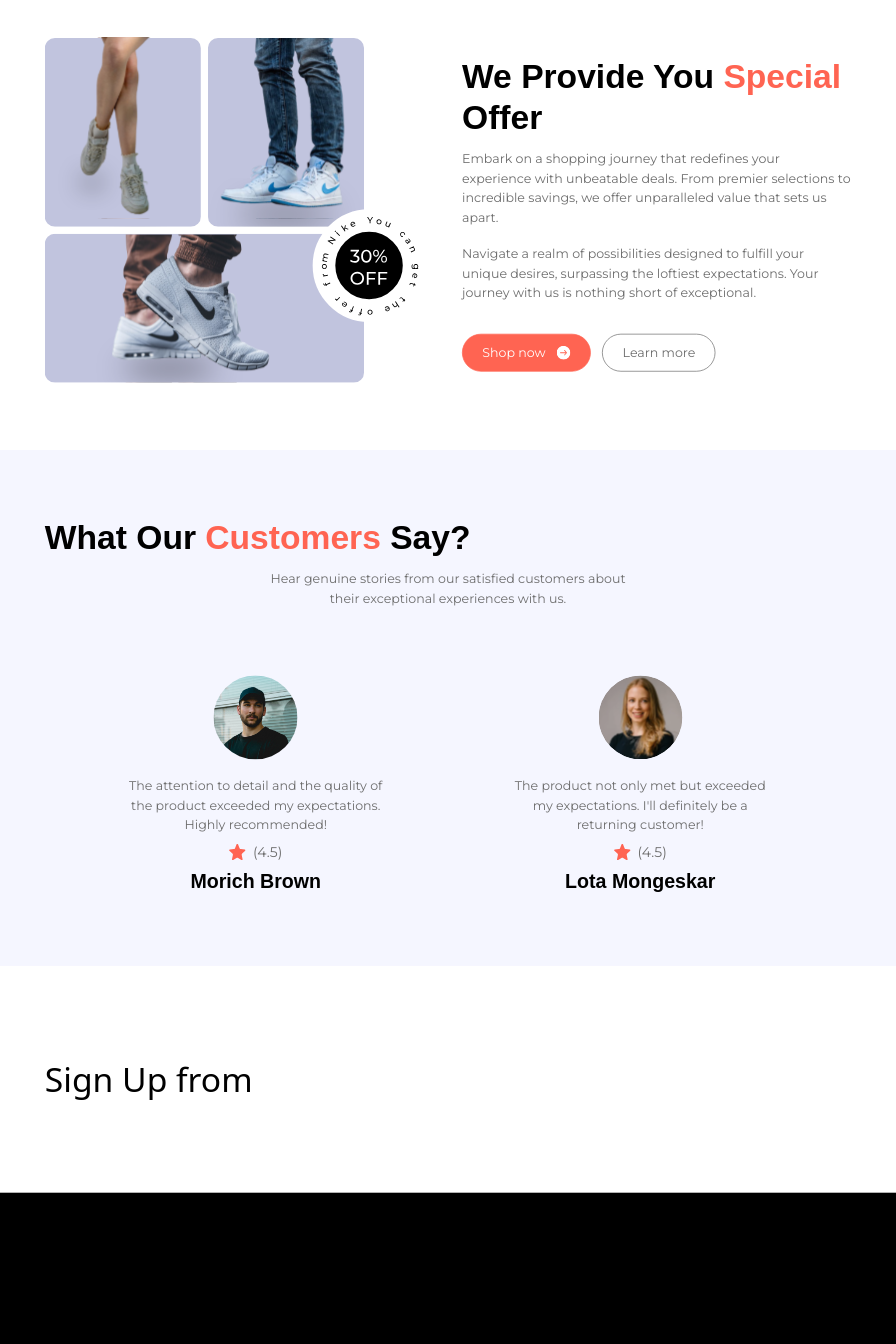
Repository: YiWang24/Nike
Page: /
The author's editor kept a copy of each file at every save. The page is drawn from the files as they stood at one save, then again after a run of saves.
The browser window is 1280 px wide. The pictures show the part of the page from y = 2807 to 4727 px (the page is 4727 px tall), at 70% of full size.
Some web fonts or font styles are not loaded; a fallback is used. The project was rebuilt for these pictures with package versions that can differ from the ones it lists, and the page was loaded fresh each time. Also part of the build but not shown: vite.config.js.

Above is the page before, as saved 2024-10-27 23:56:23.

### src/App.jsx
import {
  Footer,
  CustomerReviews,
  Hero,
  PopularProducts,
  Services,
  SpecialOffer,
  Subscribe,
  SuperQuality,
} from "./sections/index";
import Nav from "./components/Nav";
const App = () => (
  <main className="relative">
    <Nav />
    <section className="xl:padding-l wide:padding-r padding-b">
      <Hero />
    </section>
    <section className="padding">
      <PopularProducts />
    </section>
    <section className="padding">
      <SuperQuality />
    </section>
    <section className="padding-x py-10">
      <Services />
    </section>
    <section className="padding">
      <SpecialOffer />
    </section>
    <section className="padding bg-pale-blue">
      <CustomerReviews />
    </section>
    <section className="padding-x sm:py-32 py-16 w-full">
      <Subscribe />
    </section>
    <section className="padding bg-black padding-x padding-t pb-8">
      <Footer />
    </section>
  </main>
);
export default App;

### src/sections/index.js
import Hero from "./Hero";
import CustomerReviews from "./CustomerReviews";
import Footer from "./Footer";
import PopularProducts from "./PopularProducts";
import SuperQuality from "./SuperQuality";
import Services from "./Services";
import Subscribe from "./Subscribe";
import SpecialOffer from "./SpecialOffer";
// export all sections
export {
  Hero,
  CustomerReviews,
  Footer,
  PopularProducts,
  SuperQuality,
  Services,
  SpecialOffer,
  Subscribe,
};

### src/components/Nav.jsx
import React from "react";
import { headerLogo } from "../assets/images";
import { hamburger } from "../assets/icons";
import { navLinks } from "../constants";
const Nav = () => {
  return (
    <header className="padding-x py-8 absolute z-10 w-full">
      <nav className="flex justify-between items-center max-container">
        <a href="/">
          <img src={headerLogo} alt="logo" width={130} height={29} />
        </a>
        <ul className="flex-1 flex justify-center items-center gap-16 max-lg:hidden">
          {navLinks.map((item) => (
            <li key={item.label}>
              <a
                href={item.href}
                className="font-montserrat leading-normal text-lg text-slate-gray"
              >
                {item.label}
              </a>
            </li>
          ))}
        </ul>
        <div className="hidden max-lg:block">
          <img src={hamburger} alt="hamburger" width={25} height={25} />
        </div>
      </nav>
    </header>
  );
};

export default Nav;

### src/sections/Hero.jsx
import React, { useState } from "react";
import Button from "../components/Button";
import { arrowRight } from "../assets/icons/index";
import { statistics, shoes } from "../constants";
import { bigShoe1 } from "../assets/images";
import ShoeCard from "../components/ShoeCard";
const Hero = () => {
  const [bigShoeImg,setBigShoeImg] = useState(bigShoe1)
  return (
    <section
      id="home"
      className="w-full flex xl:flex-row flex-col justify-center min-h-screen gap-10 max-container "
    >
      <div className="relative xl:w-2/5 flex flex-col justify-center items-start w-full max-xl:padding-x pt-28">
        <p className="text-lg font-montserrat text-coral-red">
          Our Summer Collection
        </p>
        <h1 className="mt-10 font-palanquin text-8xl max-sm:text-[72px] max-sm:leading-[82px] font-bold">
          <span className="xl:bg-white xl:whitespace-nowrap relative z-10 pr-10">
            The New Arrivals
          </span>
          <br />
          <span className="text-coral-red inline-block mt-3">Nike</span> Shoes
        </h1>
        <p className="font-montserrat text-slate-gray text-lg leading-8 mt-8 mb-14 sm:max-w-sm ">
          Discover stylish Nick arrivals, quality comfort, and innovation for
          your active life.
        </p>
        <Button label="Shop now" iconURL={arrowRight} />
        <div
          className="flex justify-start items-start flex-wrap w-full mt-20
        gap-16"
        >
          {statistics.map((stat) => (
            <div key={stat.label}>
              <p className="text-4xl font-palanquin font-bold">{stat.value}</p>
              <p className="leading-7 font-montserrat text-slate-gray">
                {stat.label}
              </p>
            </div>
          ))}
        </div>
      </div>
      <div className="relative flex-1 flex justify-center items-center xl:min-h-screen max-xl:py-40 bg-primary bg-hero  bg-cover bg-center">
        <img
          src={bigShoeImg}
          alt="shoe collection"
          width={610}
          height={500}
          className="object-contain relative z-10"
        />
        <div className="flex sm:gap-6 gap-4 absolute -bottom-[5%] sm:left-[10%] max-sm:px-6">
          {shoes.map((shoe, index) => (
            <div key={index}>
              <ShoeCard
                imgURL={shoe}
                changeBigShoeImage={(shoe) => setBigShoeImg(shoe)}
                bigShoeImg={bigShoeImg}
              />
            </div>
          ))}
        </div>
      </div>
    </section>
  );
};

export default Hero;

### src/sections/CustomerReviews.jsx
import React from "react";
import { reviews } from "../constants";
import ReviewCard
 from "../components/ReviewCard";
const CustomerReviews = () => {
  return (
    <section className="max-container">
      <h3 className="font-palanquin tet-center text-4xl font-bold">
        What Our <span className="text-coral-red">Customers</span> Say?
      </h3>
      <p className="info-text m-auto mt-4 max-w-lg text-center ">
        Hear genuine stories from our satisfied customers about their
        exceptional experiences with us.
      </p>
      <div className="mt-24 flex flex-1 justify-evenly items-center max-lg:flex-col gap-14">
        {reviews.map((review) => (
          <ReviewCard
            key={review.customerName}
            imgURL={review.imgURL}
            customerName={review.customerName}
            rating={review.rating}
            feedback={review.feedback}
          />
        ))}
      </div>
    </section>
  );
};

export default CustomerReviews;

### src/sections/PopularProducts.jsx
import React from "react";
import { products } from "../constants";
import PopularProductCard from "../components/PopularProductCard";
const PopularProducts = () => {
  return (
    <section id="products" className="max-container max-sm:mt-12">
      <div className="flex flex-col justify-start gap-5">
        <h2 className="text-4xl font-palanquin font-bold ">
          Our <span className="text-coral-red">Popular</span> Products
        </h2>
        <p className="lg:max-w-lg mt-2 font-montserrat text-slate-gray">
          Experience top-notch quality and style with our sought-after
          selections. Discover a world of comfort, design, and value
        </p>
      </div>
      <div
        className="mt-16 grid lg:grid-cols-4 md:grid-cols-3 sm:grid-cols-2 grid-cols-1
      sm:gap-4 gap-14"
      >
        {products.map((product) => (
          <PopularProductCard key={product.name} {...product} />
        ))}
      </div>
    </section>
  );
};

export default PopularProducts;

### src/sections/SuperQuality.jsx
import React from "react";
import Button from "../components/Button";
import { shoe8 } from "../assets/images";
const SuperQuality = () => {
  return (
    <section
      id="about-us"
      className="flex justify-between items-center max-lg:flex-col
  gap-10 w-full max-container "
    >
      <div className="flex flex-1 flex-col">
        <h2 className="font-palanquin text-4xl capitalize font-bold">
          We Provide You{" "}
          <span className="text-coral-red inline-block mt-3">Super</span>{" "}
          <span className="text-coral-red inline-block mt-3">Quality</span>{" "}
          Shoes
        </h2>
        <p className="mt-4 lg:max-w-lg info-text ">
          Ensuring premium comfort and style, our meticulously crafted footwear
          is designed to elevate your experience, providing you with unmatched
          quality, innovation, and a touch of elegance.
        </p>
        <p className="mt-6 lg:max-w-lg info-text">
          Our dedication to detail and excellence ensures your satisfaction
        </p>
        <div className="mt-11">
          <Button label="View details" />
        </div>
      </div>

      <div className="flex-1 flex justify-center items-center">
        <img src={shoe8} alt="shoe" width={570} height={522} className="object-contain"/>
      </div>
    </section>
  );
};

export default SuperQuality;

### src/sections/Services.jsx
import React from "react";
import { services } from "../constants";
import ServiceCard from "../components/ServiceCard";
const Services = () => {
  return (
    <section className="max-container flex justify-center flex-wrap gap-9">
      {services.map((service) => (
        <ServiceCard key={service.label} {...service} />
      ))}
    </section>
  );
};

export default Services;

### src/sections/Subscribe.jsx
import React from 'react'

const Subscribe = () => {
  return (
    <section className='max-container flex justify-between items-center max-lg:flex-col gap-10' id="contact-us">
      <h3 className="text-4xl leading-[68px] lg:max-w-md ">Sign Up from</h3>
      <span></span>
    </section>
  )
}

export default Subscribe

### src/sections/SpecialOffer.jsx
import React from "react";
import Button from "../components/Button";
import { offer } from "../assets/images";
import { arrowRight } from "../assets/icons";
const SpecialOffer = () => {
  return (
    <section className="flex justify-wrap items-center max-xl:flex-col-reverse gap-10 max-container ">
      <div className="flex-1 ">
        <img
          src={offer}
          width={773}
          height={687}
          className="object-contain w-full"
        />
      </div>
      <div className="flex flex-1 flex-col">
        <h2 className="font-palanquin text-4xl capitalize font-bold">
          We Provide You{" "}
          <span className="text-coral-red inline-block mt-3">Special</span>{" "}
          Offer
        </h2>
        <p className="mt-4 info-text">
          Embark on a shopping journey that redefines your experience with
          unbeatable deals. From premier selections to incredible savings, we
          offer unparalleled value that sets us apart.
        </p>
        <p className="mt-6 info-text">
          Navigate a realm of possibilities designed to fulfill your unique
          desires, surpassing the loftiest expectations. Your journey with us is
          nothing short of exceptional.
        </p>
        <div className="mt-11 flex flex-wrap gap-4">
          <Button label="Shop now" iconURL={arrowRight} />
          <Button
            label="Learn more"
            backgroundColor="bg-white"
            borderColor="border-slate-gray"
            textColor="text-slate-gray"
          />
        </div>
      </div>
    </section>
  );
};

export default SpecialOffer;

### src/assets/images/index.js
import bigShoe1 from './big-shoe1.png'
import bigShoe2 from './big-shoe2.png'
import bigShoe3 from './big-shoe3.png'

import customer1 from './customer1.jpeg'
import customer2 from './customer2.svg'

import footerLogo from './footer-logo.svg'
import headerLogo from './header-logo.svg'

import offer from './offer.svg'

import shoe4 from './shoe4.svg'
import shoe5 from './shoe5.svg'
import shoe6 from './shoe6.svg'
import shoe7 from './shoe7.svg'
import shoe8 from './shoe8.svg'

import thumbnailBackground from './thumbnail-background.svg'
import thumbnailShoe1 from './thumbnail-shoe1.svg'
import thumbnailShoe2 from './thumbnail-shoe2.svg'
import thumbnailShoe3 from './thumbnail-shoe3.svg'

export {
    bigShoe1,
    bigShoe2,
    bigShoe3,

    customer1,
    customer2,

    footerLogo,
    headerLogo,

    offer,
    shoe4,
    shoe5,
    shoe6,
    shoe7,
    shoe8,

    thumbnailBackground,
    thumbnailShoe1,
    thumbnailShoe2,
    thumbnailShoe3
}

### src/constants/index.js
import { facebook, instagram, shieldTick, support, truckFast, twitter } from "../assets/icons";
import { bigShoe1, bigShoe2, bigShoe3, customer1, customer2, shoe4, shoe5, shoe6, shoe7, thumbnailShoe1, thumbnailShoe2, thumbnailShoe3 } from "../assets/images";

export const navLinks = [
    { href: "#home", label: "Home" },
    { href: "#about-us", label: "About Us" },
    { href: "#products", label: "Products" },
    { href: "#contact-us", label: "Contact Us" },
];

export const shoes = [
    {
        thumbnail: thumbnailShoe1,
        bigShoe: bigShoe1,
    },
    {
        thumbnail: thumbnailShoe2,
        bigShoe: bigShoe2,
    },
    {
        thumbnail: thumbnailShoe3,
        bigShoe: bigShoe3,
    },
];

export const statistics = [
    { value: '1k+', label: 'Brands' },
    { value: '500+', label: 'Shops' },
    { value: '250k+', label: 'Customers' },
];

export const products = [
    {
        imgURL: shoe4,
        name: "Nike Air Jordan-01",
        price: "$200.20",
    },
    {
        imgURL: shoe5,
        name: "Nike Air Jordan-10",
        price: "$210.20",
    },
    {
        imgURL: shoe6,
        name: "Nike Air Jordan-100",
        price: "$220.20",
    },
    {
        imgURL: shoe7,
        name: "Nike Air Jordan-001",
        price: "$230.20",
    },
];

export const services = [
    {
        imgURL: truckFast,
        label: "Free shipping",
        subtext: "Enjoy seamless shopping with our complimentary shipping service."
    },
    {
        imgURL: shieldTick,
        label: "Secure Payment",
        subtext: "Experience worry-free transactions with our secure payment options."
    },
    {
        imgURL: support,
        label: "Love to help you",
        subtext: "Our dedicated team is here to assist you every step of the way."
    },
];

export const reviews = [
    {
        imgURL: customer1,
        customerName: 'Morich Brown',
        rating: 4.5,
        feedback: "The attention to detail and the quality of the product exceeded my expectations. Highly recommended!"
    },
    {
        imgURL: customer2,
        customerName: 'Lota Mongeskar',
        rating: 4.5,
        feedback: "The product not only met but exceeded my expectations. I'll definitely be a returning customer!"
    }
];


export const footerLinks = [
    {
        title: "Products",
        links: [
            { name: "Air Force 1", link: "/" },
            { name: "Air Max 1", link: "/" },
            { name: "Air Jordan 1", link: "/" },
            { name: "Air Force 2", link: "/" },
            { name: "Nike Waffle Racer", link: "/" },
            { name: "Nike Cortez", link: "/" },
        ],
    },
    {
        title: "Help",
        links: [
            { name: "About us", link: "/" },
            { name: "FAQs", link: "/" },
            { name: "How it works", link: "/" },
            { name: "Privacy policy", link: "/" },
            { name: "Payment policy", link: "/" },
        ],
    },
    {
        title: "Get in touch",
        links: [
            { name: "customer@nike.com", link: "mailto:customer@nike.com" },
            { name: "+92554862354", link: "tel:+92554862354" },
        ],
    },
];

export const socialMedia = [
    { src: facebook, alt: "facebook logo" },
    { src: twitter, alt: "twitter logo" },
    { src: instagram, alt: "instagram logo" },
];

### src/components/Button.jsx
import React from "react";

const Button = ({
  label,
  iconURL,
  backgroundColor,
  textColor,
  borderColor,
}) => {
  return (
    <button
      className={`flex justify-center items-center
    gap-2 px-7 py-4 border font-montserrat text-lg leading-none
    ${backgroundColor ? `${backgroundColor}` : "bg-coral-red"}
    ${textColor ? `${textColor}` : "text-white"}
    ${borderColor ? `${borderColor}` : "border-coral-red"}
      rounded-full `}
    >
      {label}
      {iconURL && (
        <img
          src={iconURL}
          alt="arrow right icon"
          className="ml-2 rounded-full w-5 h-5"
        />
      )}
    </button>
  );
};

export default Button;

### src/components/ShoeCard.jsx
const ShoeCard = ({ imgURL, changeBigShoeImage, bigShoeImg }) => {

    const handleClick = () => {
      if (bigShoeImg !== imgURL.bigShoe) {
        changeBigShoeImage(imgURL.bigShoe);
      }
    };

    return (
      <div
        className={`border-2 rounded-xl ${
          bigShoeImg === imgURL.bigShoe
            ? "border-coral-red"
            : "border-transparent"
        } cursor-pointer max-sm:flex-1`}
        onClick={handleClick}
      >
        <div className='flex justify-center items-center bg-card bg-center bg-cover sm:w-40 sm:h-40 rounded-xl max-sm:p-4'>
          <img
            src={imgURL.thumbnail}
            alt='shoe colletion'
            width={127}
            height={103.34}
            className='object-contain'
          />
        </div>
      </div>
    );
  };

  export default ShoeCard;

### src/components/ReviewCard.jsx
import React from "react";
import { star } from "../assets/icons";
const ReviewCard = ({ imgURL, customerName, rating, feedback }) => {
  return (
    <div className="flex justify-center items-center flex-col">
      <img
        src={imgURL}
        alt="customer"
        className=" rounded-full object-cover w-[120px] h-[120px]"
      />
      <p className="mt-6 max-w-sm text-center info-text">{feedback}</p>
      <div className="mt-3 flex justify-center items-center gap-2.5">
        <img src={star} width={24} height={24} className="object-contain m-0" />
        <p className="text-xl font-montserrat text-slate-gray">({rating})</p>
      </div>
      <h3 className="mt-1 font-palanquin text-3xl text-center font-bold">
        {customerName}
      </h3>
    </div>
  );
};

export default ReviewCard;

### src/components/PopularProductCard.tsx
import React from "react";
import { star } from "../assets/icons";
const PopularProductCard = ({ imgURL, name, price }) => {
  return (
    <div className="flex flex-1 flex-col w-full max-sm:w-full">
      <img src={imgURL} alt={name} className="w-[280px] h-[280px]" />
      <div className="mt-8 flex justify-start gap-2.5">
        <img src={star} alt="rating" width={24} height={24} />
        <p className="font-montserrat text-xl leading-normal text-slate-gray">
          (4.5)
        </p>
      </div>
      <h3 className="mt-2 text-2xl leading-normal font-semibold font-palanquin">
        {name}
      </h3>
      <p className="mt-2 font-semibold font-montserrat text-coral-red text-2lx leading-normal">
        {price}
      </p>
    </div>
  );
};

export default PopularProductCard;

### src/components/ServiceCard.jsx
import React from "react";

const ServiceCard = ({ imgURL, label, subtext }) => {
  return (
    <div className="flex-1 sm:w-[350px] sm:min-w-[350px] w-full rounded-[20px] shadow-3xl px-10 py-16">
      <div className="w-11 h-11 justify-center items-center bg-coral-red rounded-full">
        <img src={imgURL} alt={label} width={24} height={24} />
      </div>
      <h3 className="mt-5 font-palanquin leading-normal font-bold">{label}</h3>
      <p className="mt-3 break-words font-montserrat text-lg leading-normal text-slate-gray">
        {subtext}
      </p>
    </div>
  );
};

export default ServiceCard;

Loaded but not shown: index.html (common file); src/main.jsx (common file); src/index.css (common file); src/sections/Footer.jsx (common file); src/assets/icons/index.js (common file); tailwind.config.js (common file)

After the next 2 saves:
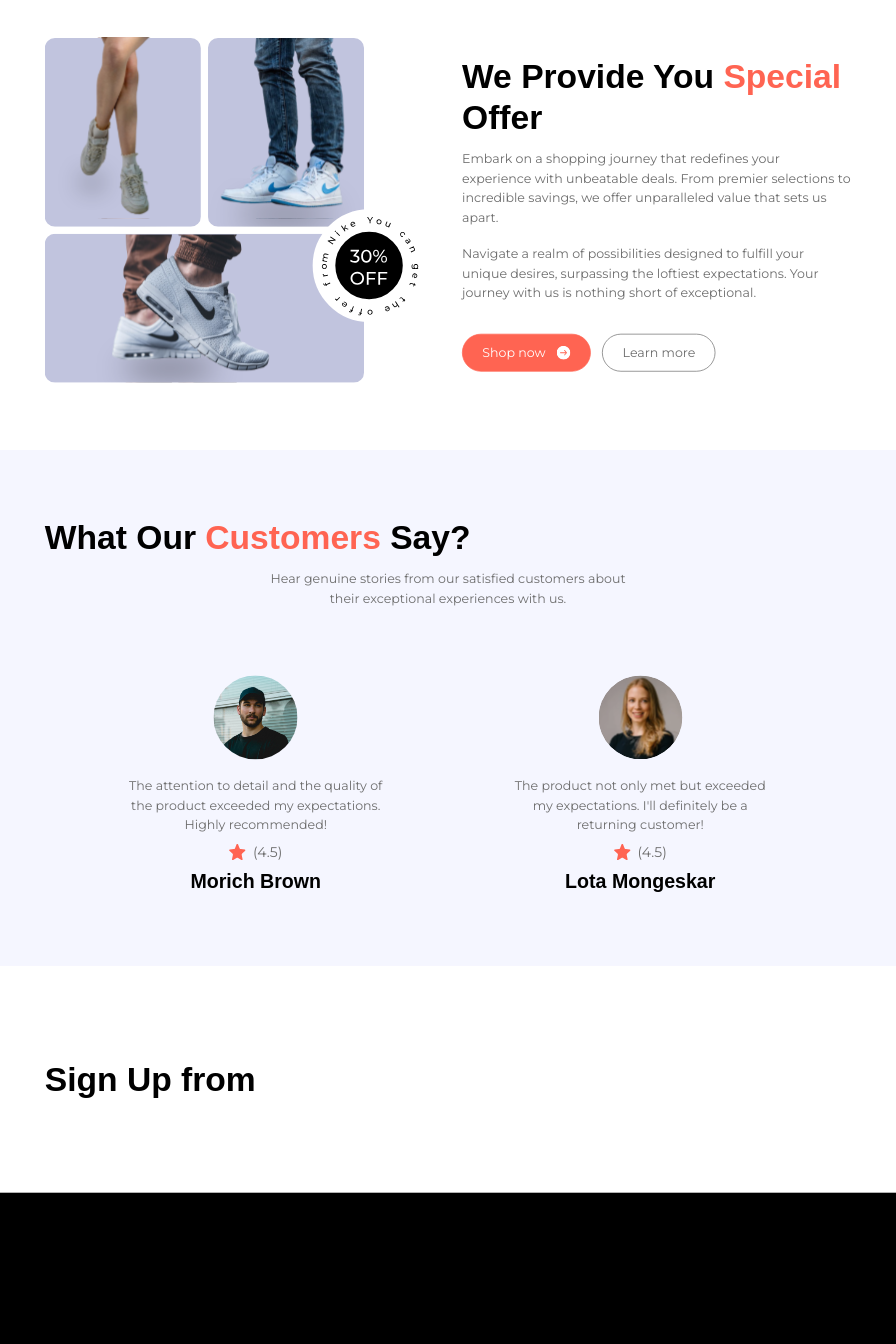
The 2 saves are shown as one change because they came seconds apart.
The last was saved 11 s later.
--- a/src/sections/Subscribe.jsx
+++ b/src/sections/Subscribe.jsx
@@ -3,7 +3,7 @@
 const Subscribe = () => {
   return (
     <section className='max-container flex justify-between items-center max-lg:flex-col gap-10' id="contact-us">
-      <h3 className="text-4xl leading-[68px] lg:max-w-md ">Sign Up from</h3>
+      <h3 className="text-4xl leading-[68px] lg:max-w-md font-palanquin font-bold">Sign Up from</h3>
       <span></span>
     </section>
   )
